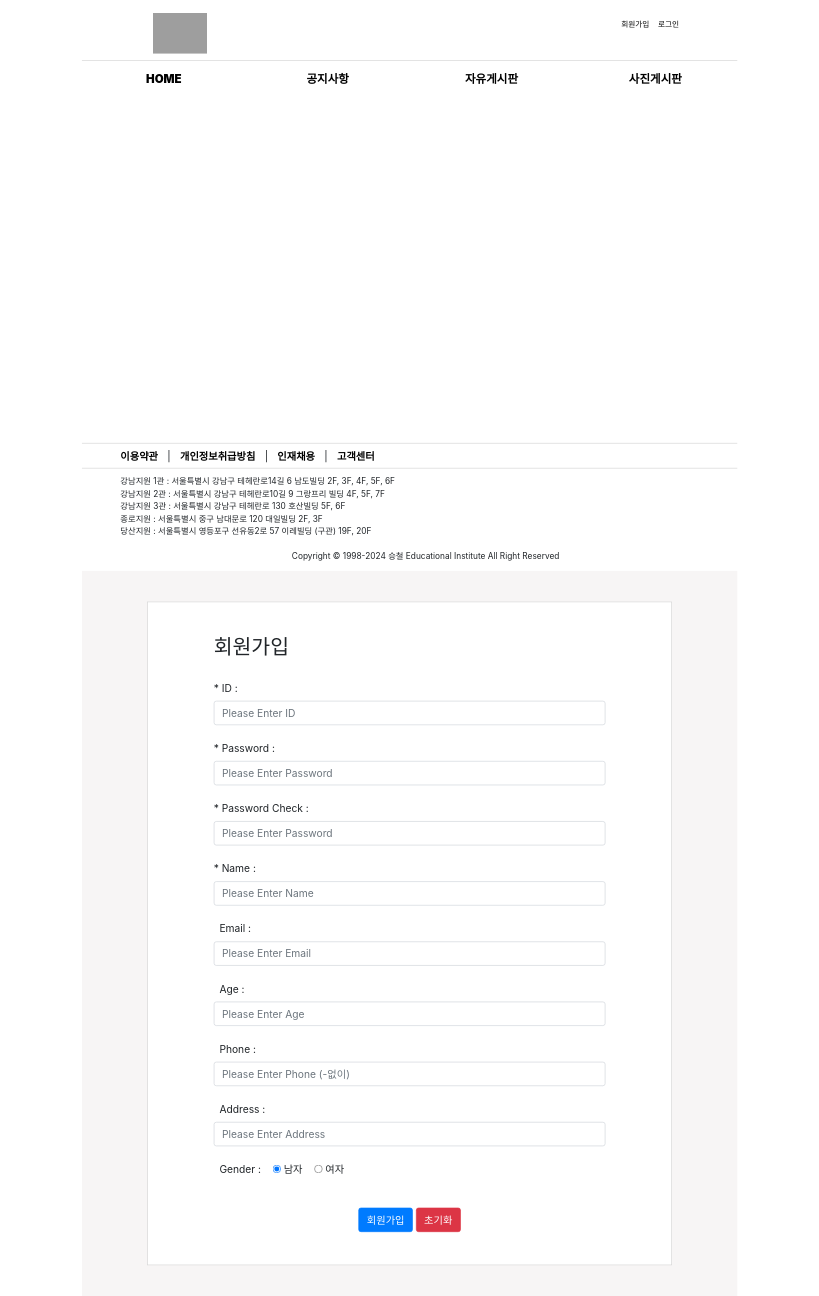
Repository: dongja86/spring
Page: http://localhost/springProject/WEB-INF/views/member/memberEnrollForm.jsp
An editor plug-in stored every save of this project. The page is shown before and after the next save, followed by the edit.
The browser window is 1280 px wide. The pictures show the whole page, at 64% of full size.
Pictures or frames that could not be fetched are drawn as grey boxes. The page is served by Tomcat 9. Nobody is signed in. Other server files are loaded and not shown. The template is opened directly, without the code that normally fills it, so the values that code supplies are empty.

Above is the page before, as saved 2024-04-17 03:05:02.

### springProject/src/main/webapp/WEB-INF/views/member/memberEnrollForm.jsp
<%@ page language="java" contentType="text/html; charset=UTF-8"
    pageEncoding="UTF-8"%>

<%@ taglib prefix="c" uri="http://java.sun.com/jsp/jstl/core" %>
<!DOCTYPE html>
<html lang="en">
<head>
    <meta charset="UTF-8">
    <title>Document</title>
    <script src="https://ajax.googleapis.com/ajax/libs/jquery/3.7.1/jquery.min.js"></script>
    <link rel="stylesheet" href="https://maxcdn.bootstrapcdn.com/bootstrap/4.5.2/css/bootstrap.min.css">
    <script src="https://maxcdn.bootstrapcdn.com/bootstrap/4.5.2/js/bootstrap.min.js"></script>

    <style>
        .content {
            background-color:rgb(247, 245, 245);
            width:80%;
            margin:auto;
        }
        .innerOuter {
            border:1px solid lightgray;
            width:80%;
            margin:auto;
            padding:5% 10%;
            background-color:white;
        }
    </style>
</head>
<body>

    <!-- 메뉴바 -->
    <jsp:include page="../main.jsp" />

    <div class="content">
        <br><br>
        <div class="innerOuter">
            <h2>회원가입</h2>
            <br>

            <form action="" method="post">
                <div class="form-group">
                    <label for="userId">* ID : </label>
                    <input type="text" class="form-control" id="userId" placeholder="Please Enter ID" name="" required> <br>

                    <label for="userPwd">* Password : </label>
                    <input type="password" class="form-control" id="userPwd" placeholder="Please Enter Password" name="" required> <br>

                    <label for="checkPwd">* Password Check : </label>
                    <input type="password" class="form-control" id="checkPwd" placeholder="Please Enter Password" required> <br>

                    <label for="userName">* Name : </label>
                    <input type="text" class="form-control" id="userName" placeholder="Please Enter Name" name="" required> <br>

                    <label for="email"> &nbsp; Email : </label>
                    <input type="text" class="form-control" id="email" placeholder="Please Enter Email" name=""> <br>

                    <label for="age"> &nbsp; Age : </label>
                    <input type="number" class="form-control" id="age" placeholder="Please Enter Age" name=""> <br>

                    <label for="phone"> &nbsp; Phone : </label>
                    <input type="tel" class="form-control" id="phone" placeholder="Please Enter Phone (-없이)" name=""> <br>

                    <label for="address"> &nbsp; Address : </label>
                    <input type="text" class="form-control" id="address" placeholder="Please Enter Address" name=""> <br>

                    <label for=""> &nbsp; Gender : </label> &nbsp;&nbsp;
                    <input type="radio" id="Male" value="M" name="" checked>
                    <label for="Male">남자</label> &nbsp;&nbsp;
                    <input type="radio" id="Female" value="F" name="">
                    <label for="Female">여자</label> &nbsp;&nbsp;
                </div>
                <br>
                <div class="btns" align="center">
                    <button type="submit" class="btn btn-primary">회원가입</button>
                    <button type="reset" class="btn btn-danger">초기화</button>
                </div>
            </form>
        </div>
        <br><br>

    </div>

    <!-- 푸터바 -->
    <jsp:include page="" />

</body>
</html>

### springProject/src/main/webapp/WEB-INF/views/main.jsp
<%@ page language="java" contentType="text/html; charset=UTF-8"
    pageEncoding="UTF-8"%>
<!DOCTYPE html>
<html>
<head>
<meta charset="UTF-8">
<title>Insert title here</title>
</head>
<body>

	<jsp:include page="common/header.jsp"/>


	<div style="height:500px;"></div>



	<jsp:include page="common/footer.jsp"/>

</body>
</html>

### springProject/src/main/webapp/WEB-INF/views/common/header.jsp
<%@ page language="java" contentType="text/html; charset=UTF-8"
    pageEncoding="UTF-8"%>
<%@ taglib prefix="c" uri="http://java.sun.com/jsp/jstl/core" %>

<!DOCTYPE html>
<html>
<head>
<meta charset="UTF-8">
    <title>Document</title>
    <!-- jQuery 라이브러리 -->
    <script src="https://ajax.googleapis.com/ajax/libs/jquery/3.4.1/jquery.min.js"></script>
    <!-- 부트스트랩에서 제공하고 있는 스타일 -->
    <link rel="stylesheet" href="https://maxcdn.bootstrapcdn.com/bootstrap/4.5.2/css/bootstrap.min.css">
    <!-- 부트스트랩에서 제공하고 있는 스크립트 -->
    <script src="https://maxcdn.bootstrapcdn.com/bootstrap/4.5.2/js/bootstrap.min.js"></script>
    <style>
        div {box-sizing:border-box;}
        #header {
            width:80%;
            height:100px;
            padding-top:20px;
            margin:auto;
        }
        #header>div {width:100%; margin-bottom:10px;}
        #header_1 {height:80%;}
        #header_2 {height:60%;}

        #header_1>div{
            height:100%;
            float:left;
        }
        #header_1_left {width:30%; position:relative;}
        #header_1_center {width:40%;}
        #header_1_right {width:30%;}

        #header_1_left>img {height:100%; position:absolute; margin:auto; top:0px; bottom:0px; right:0px; left:0px;}
        #header_1_right {text-align:center; line-height:35px; font-size:12px; text-indent:35px;}
        #header_1_right>a {margin:5px;}
        #header_1_right>a:hover {cursor:pointer;}

        #header_2>ul {width:100%; height:100%; list-style-type:none; margin:auto; padding:0;}
        #header_2>ul>li {float:left; width:25%; height:100%; line-height:55px; text-align:center;}
        #header_2>ul>li a {text-decoration:none; color:black; font-size:18px; font-weight:900;}

        #header_2 {border-top:1px solid lightgray;}

        #header a {text-decoration:none; color:black;}

        /* 세부페이지마다 공통적으로 유지할 style */
        .content {
            background-color:rgb(247, 245, 245);
            width:80%;
            margin:auto;
        }
        .innerOuter {
            border:1px solid lightgray;
            width:80%;
            margin:auto;
            padding:5% 10%;
            background-color:white;
        }

    </style>
</head>
<body>

    <div id="header">
        <div id="header_1">
            <div id="header_1_left">
                <img src="https://kh-academy.co.kr/resources/images/main/logo.svg" alt="">
            </div>
            <div id="header_1_center"></div>
            <div id="header_1_right">

            	<c:choose>


                	<c:when test="${ empty sessionScope.loginUser }">

	                	<!-- 로그인 전 -->
		                <a href="">회원가입</a>
		                <a data-toggle="modal" data-target="#loginModal">로그인</a> <!-- 모달의 원리 : 이 버튼 클릭시 data-target에 제시되어있는 해당 아이디의 div요소를 띄워줌 -->

	               	</c:when>
	                <c:otherwise>

		                <!-- 로그인 후 -->
		                <lable>${ sessionScope.loginUser.userName }님 환영합니다</label> &nbsp;&nbsp;
		                <a href="">마이페이지</a>
		                <a href="logout.member">로그아웃</a>

               		</c:otherwise>
               </c:choose>

            </div>
        </div>
        <div id="header_2">
            <ul>
                <li><a href="">HOME</a></li>
                <li><a href="">공지사항</a></li>
                <li><a href="">자유게시판</a></li>
                <li><a href="">사진게시판</a></li>
            </ul>
        </div>
    </div>

    <!-- 로그인 클릭 시 뜨는 모달 (기존에는 안보이다가 위의 a 클릭 시 보임) -->
    <div class="modal fade" id="loginModal">
        <div class="modal-dialog modal-sm">
            <div class="modal-content">
                <!-- Modal Header -->
                <div class="modal-header">
                    <h4 class="modal-title">Login</h4>
                    <button type="button" class="close" data-dismiss="modal">&times;</button>
                </div>

                <form action="login.member" method="post">
                    <!-- Modal body -->
                    <div class="modal-body">
                        <label for="userId" class="mr-sm-2">ID : </label>
                        <input type="text" class="form-control mb-2 mr-sm-2" placeholder="Enter ID" id="userId" name="userId"> <br>
                        <label for="userPwd" class="mr-sm-2">Password : </label>
                        <input type="password" class="form-control mb-2 mr-sm-2" placeholder="Enter Password" id="userPwd" name="userPwd">
                    </div>

                    <!-- Modal footer -->
                    <div class="modal-footer">
                        <button type="submit" class="btn btn-primary">로그인</button>
                        <button type="button" class="btn btn-danger" data-dismiss="modal">취소</button>
                    </div>
                </form>
            </div>
        </div>

    </div>

    <br clear="both">
</body>
</html>

### springProject/src/main/webapp/WEB-INF/views/common/footer.jsp
<%@ page language="java" contentType="text/html; charset=UTF-8"
    pageEncoding="UTF-8"%>
<!DOCTYPE html>
<html>
<head>
<meta charset="UTF-8">
    <title>Document</title>
    <style>
        /* div{border:1px solid red;} */
        #footer {
            width:80%;
            height:200px;
            margin:auto;
            margin-top:50px;
        }
        #footer-1 {
            width:100%;
            height:20%;
            border-top:1px solid lightgray;
            border-bottom:1px solid lightgray;
        }
        #footer-2 {width:100%; height:80%;}
        #footer-1, #footer-2 {padding-left:50px;}
        #footer-1>a {
            text-decoration:none;
            font-weight:600;
            margin:10px;
            line-height:40px;
            color:black;
        }
        #footer-2>p {
            margin:0;
            padding:10px;
            font-size:13px;
        }
        #p2 {text-align:center;}
    </style>
</head>
<body>
    <div id="footer">
        <div id="footer-1">
            <a href="#">이용약관</a> |
            <a href="#">개인정보취급방침</a> |
            <a href="#">인재채용</a> |
            <a href="#">고객센터</a>
        </div>

        <div id="footer-2">
            <p id="p1">
                강남지원 1관 : 서울특별시 강남구 테헤란로14길 6 남도빌딩 2F, 3F, 4F, 5F, 6F <br>
                강남지원 2관 : 서울특별시 강남구 테헤란로10길 9 그랑프리 빌딩 4F, 5F, 7F <br>
                강남지원 3관 : 서울특별시 강남구 테헤란로 130 호산빌딩 5F, 6F <br>
                종로지원 : 서울특별시 중구 남대문로 120 대일빌딩 2F, 3F <br>
                당산지원 : 서울특별시 영등포구 선유동2로 57 이레빌딩 (구관) 19F, 20F
            </p>
            <p id="p2">Copyright © 1998-2024 승철 Educational Institute All Right Reserved</p>
        </div>
    </div>
</body>
</html>

After the next save:
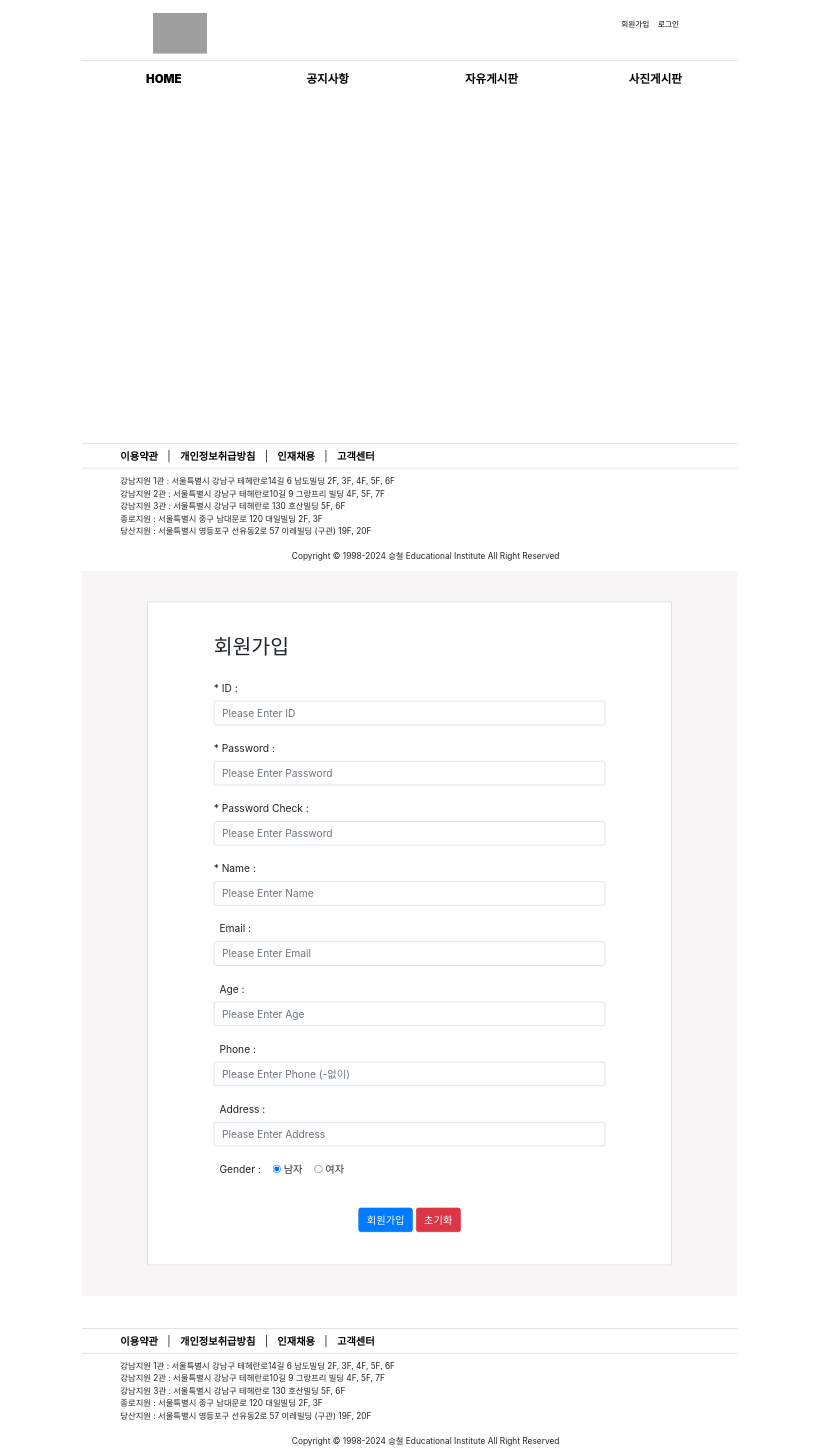
Saved 35 s later.
--- a/springProject/src/main/webapp/WEB-INF/views/member/memberEnrollForm.jsp
+++ b/springProject/src/main/webapp/WEB-INF/views/member/memberEnrollForm.jsp
@@ -81,7 +81,7 @@
     </div>
 
     <!-- 푸터바 -->
-    <jsp:include page="" />
+    <jsp:include page="../common/footer.jsp" />
 
 </body>
 </html>
